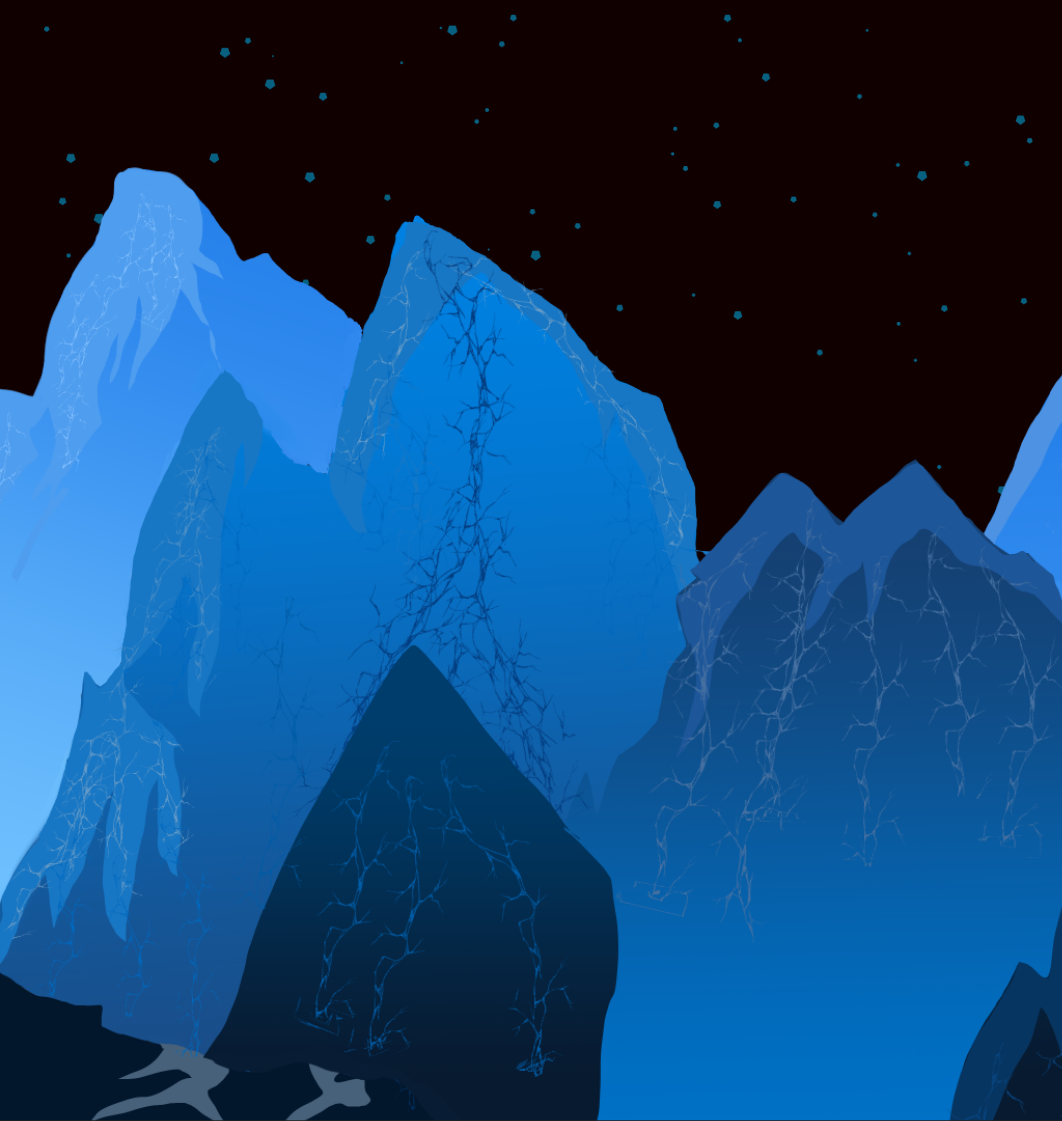
Repository: TMuse333/quantumDesigns
Page: /
An editor plug-in stored every save of this project. The page is shown before and after a run of saves, followed by the edit.
The browser window is 1280 px wide. The pictures show the whole page, at 83% of full size.
The project was rebuilt for these pictures with package versions that can differ from the ones it lists, and the page was loaded fresh each time. Also part of the build but not shown: vite.config.js, src/styles/navbar.css, src/components/navbar.jsx, src/styles/work.css, src/components/skillDesc.js, src/components/work.jsx, src/styles/testimonial.css, src/components/testimonials.jsx and 31 more. Imported but missing from the stored project, and not drawn on this page: src/images/best_dunk.mp4.

Above is the page before, as saved 2024-01-26 10:48:57.

After the next 2 saves:
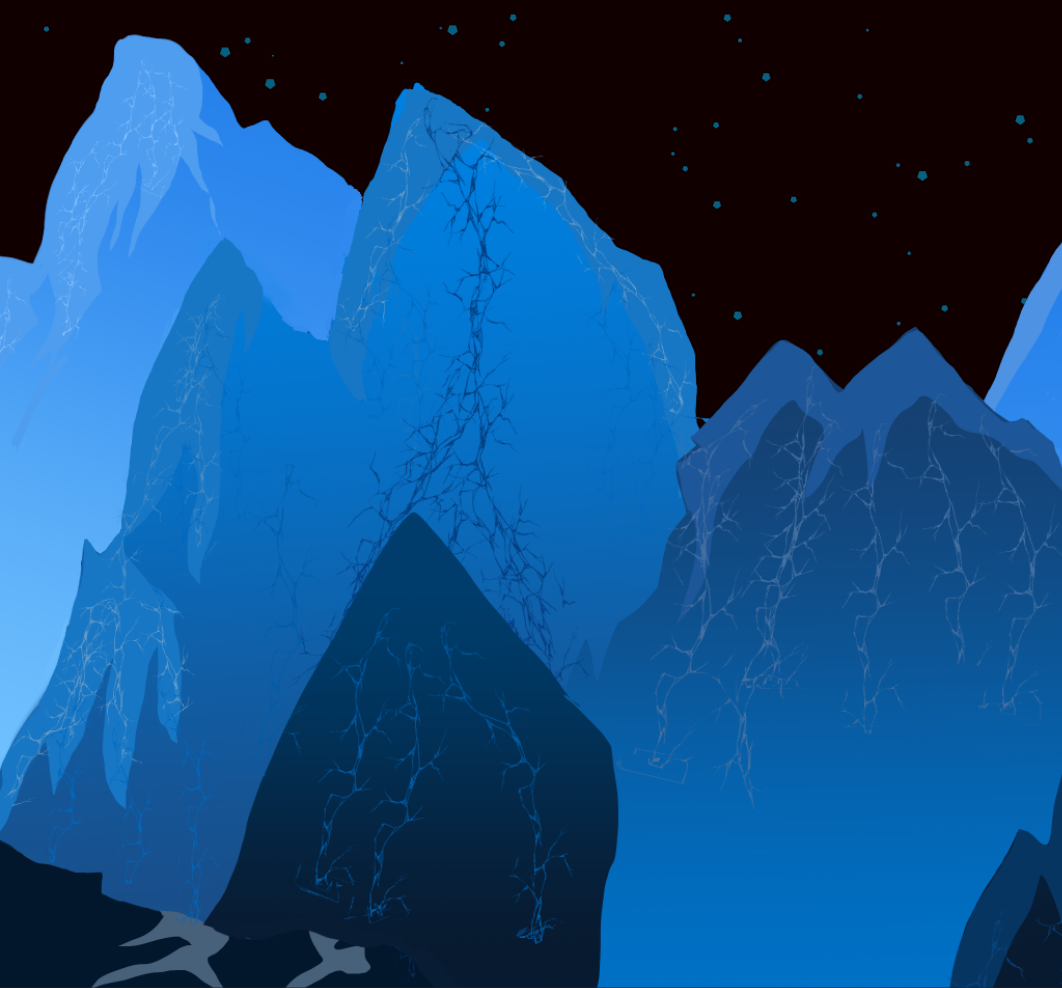
The 2 saves are shown as one change because they came seconds apart.
The last was saved 13 s later.
--- a/src/styles/hero3.css
+++ b/src/styles/hero3.css
@@ -9,7 +9,7 @@
   background-image: url(src/images/no-bg-mountain.png);
   height:1350px;
   position: relative;
-
+margin-top: -10rem;
 
 
 }
